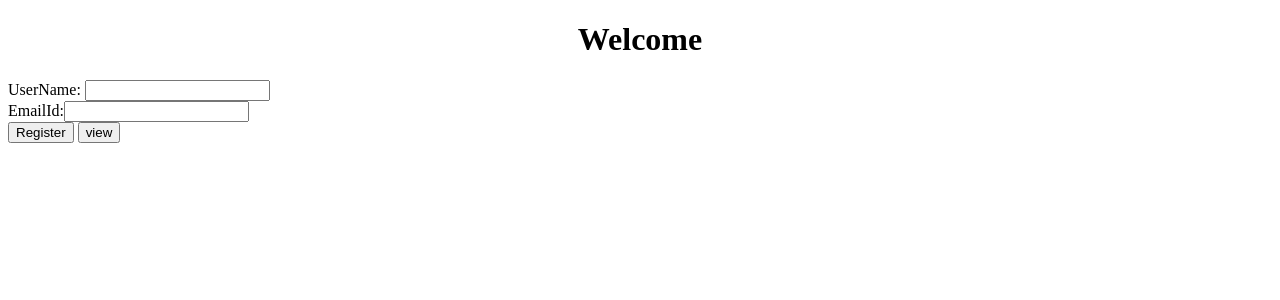
Repository: madhu124/Youtube-demo
Page: CustomerRegistration/WebContent/Index.html
The author's editor kept a copy of each file at every save. The page is drawn from the files as they stood at one save, then again after the next save.
The browser window is 1280 px wide. The pictures show the whole page.

Above is the page before, as saved 2017-06-01 15:40:09.

After the next save:
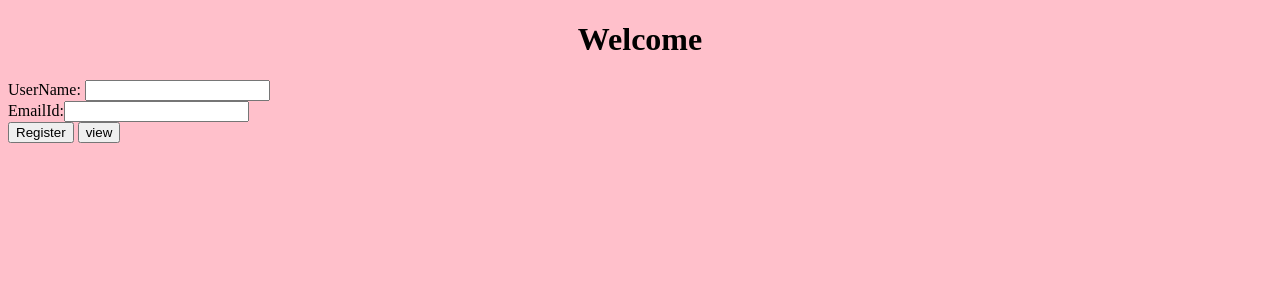
Saved 74 s later.
--- a/CustomerRegistration/WebContent/Index.html
+++ b/CustomerRegistration/WebContent/Index.html
@@ -5,7 +5,8 @@
 <title>Customer Registration</title>
 </head>
 <style>
-
+body {background-color:pink;}
+h1 {font-family:bold;}
 
 </style>
 <body>
